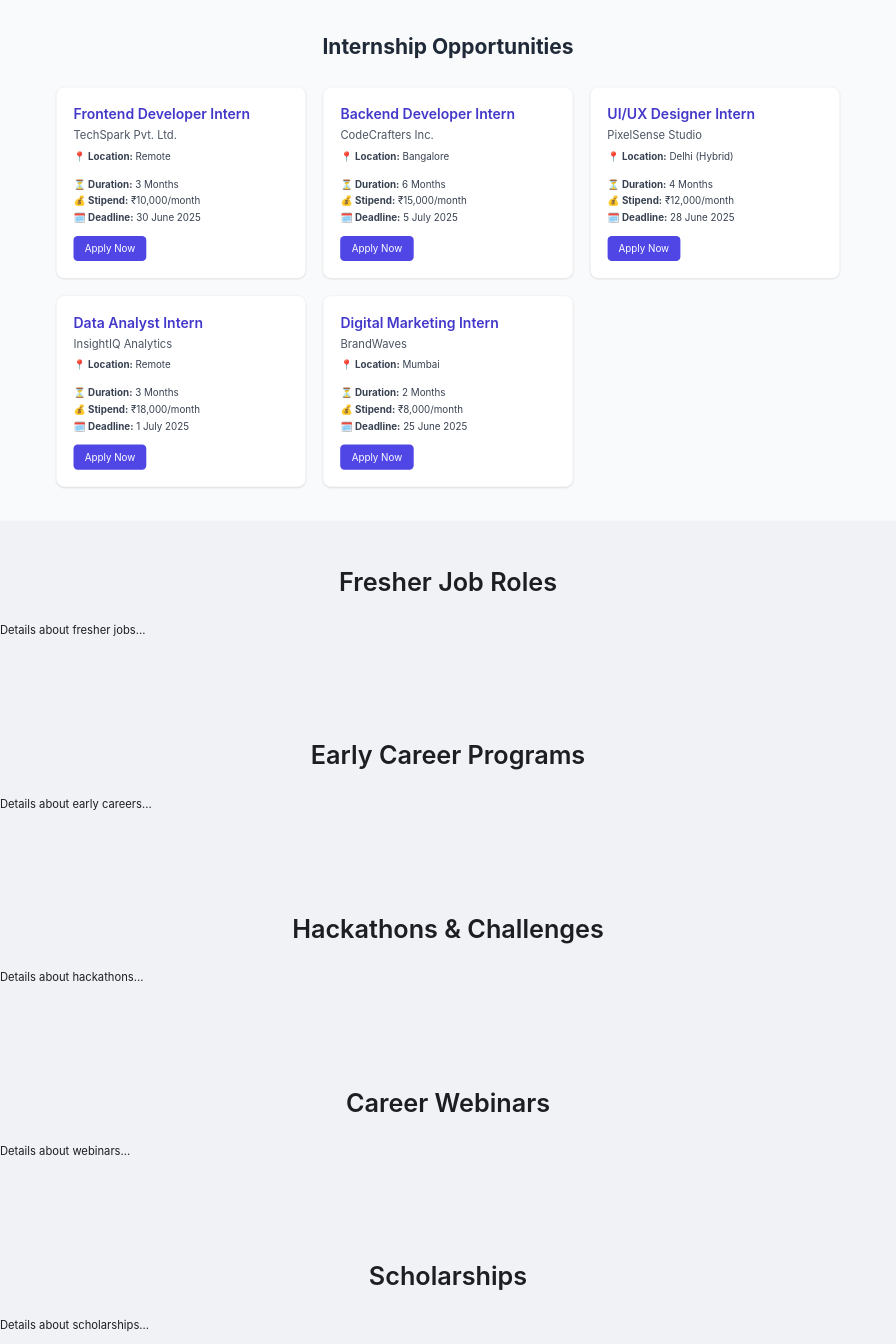
Repository: Siddharthkothiyal/GharPadhaaroCareerWebsite
Page: /students
These files come from the project's save history. The page is drawn as it stood at one moment and after the next save; the edit follows.
The browser window is 1280 px wide. The pictures show the part of the page from y = 0 to 1920 px (the page is 2728 px tall before and 2497 px after), at 70% of full size.
The project was rebuilt for these pictures with package versions that can differ from the ones it lists, and the page was loaded fresh each time. Also part of the build but not shown: src/components/CareerPortal/Header.css, src/components/CareerPortal/ResumeUpload.css, src/components/CareerPortal/ResumeUpload.js, src/components/CareerPortal/Header.js, src/components/CareerPortal/JobListing/JobSearch.css, src/components/CareerPortal/JobListing/JobSearch.js, src/components/CareerPortal/JobListing/JobFilters.css, src/components/CareerPortal/JobListing/JobFilters.js and 10 more.

Above is the page before, as saved 2025-06-21 17:45:24.

### public/index.html
<!DOCTYPE html>
<html lang="en">

<head>
  <meta charset="utf-8" />
  <link rel="icon" href="%PUBLIC_URL%/favicon.ico" />
  <meta name="viewport" content="width=device-width, initial-scale=1" />
  <meta name="theme-color" content="#000000" />
  <meta name="description" content="GharPadharo - Find your perfect stay" />

  <!-- Font Awesome CDN (latest) -->
  <link rel="stylesheet" href="https://cdnjs.cloudflare.com/ajax/libs/font-awesome/6.5.2/css/all.min.css"
    integrity="sha512-SnH5WK+bZxgPHs44uWIX+LLJAJ9/2PkPKZ5QiAj6Ta86w+fsb2TkcmfRyVX3pBnMFcV7oQPJkl9QevSCWr3W6A=="
    crossorigin="anonymous" referrerpolicy="no-referrer" />

  <link rel="apple-touch-icon" href="%PUBLIC_URL%/logo192.png" />
  <title>GharPadharo</title>
</head>

<body>
  <noscript>You need to enable JavaScript to run this app.</noscript>
  <div id="root"></div>
  <!--
      This HTML file is a template.
      If you open it directly in the browser, you will see an empty page.

      You can add webfonts, meta tags, or analytics to this file.
      The build step will place the bundled scripts into the <body> tag.

      To begin the development, run `npm start` or `yarn start`.
      To create a production bundle, use `npm run build` or `yarn build`.
    -->
</body>

</html>

### src/index.css
@tailwind base;
@tailwind components;
@tailwind utilities;

/* You can keep your custom CSS below if needed */

body {
  margin: 0;
  font-family: -apple-system, BlinkMacSystemFont, 'Segoe UI', 'Roboto', 'Oxygen',
    'Ubuntu', 'Cantarell', 'Fira Sans', 'Droid Sans', 'Helvetica Neue',
    sans-serif;
  -webkit-font-smoothing: antialiased;
  -moz-osx-font-smoothing: grayscale;
}

code {
  font-family: source-code-pro, Menlo, Monaco, Consolas, 'Courier New',
    monospace;
}

### src/components/CareerPortal/CareerPortal.css
/* GharPadharo Career Portal Styles */
:root {
  --gharpadhaaro-blue: #0866ff;
  --gharpadhaaro-blue-dark: #0756d6;
  --gharpadhaaro-gray: #f0f2f5;
  --gharpadhaaro-text: #1c1e21;
  --gharpadhaaro-text-secondary: #65676b;
  --gharpadhaaro-white: #ffffff;
  --gharpadhaaro-border: #dadde1;
  --gharpadhaaro-success: #42b72a;
  --gharpadhaaro-error: #fa383e;
  --gharpadhaaro-shadow: rgba(0, 0, 0, 0.1);
  --gharpadhaaro-radius: 8px;
  --gharpadhaaro-transition: all 0.2s ease;
}

/* Global Styles */
.career-portal {
  font-family: 'Optimistic Display', -apple-system, BlinkMacSystemFont, 'Segoe UI', Roboto, Oxygen, Ubuntu, Cantarell, 'Open Sans', 'Helvetica Neue', sans-serif;
  color: var(--gharpadhaaro-text);
  line-height: 1.5;
  background-color: var(--gharpadhaaro-white);
}

.container {
  max-width: 1200px;
  margin: 0 auto;
  padding: 0 24px;
}

/* Hero Section */
.hero-section {
  background: linear-gradient(135deg, #0866ff 0%, #535699 100%);
  color: var(--meta-white);
  padding: 100px 0;
  text-align: center;
}

.hero-content {
  max-width: 800px;
  margin: 0 auto;
  padding: 0 24px;
}

.hero-content h1 {
  font-size: 48px;
  font-weight: 700;
  margin-bottom: 24px;
  line-height: 1.2;
}

.hero-content p {
  color: black;
  font-size: 20px;
  margin-bottom: 40px;
  margin-left: 70px;

}

/* Job Search Section */
.job-search-section {
  padding: 60px 0;
  background-color: var(--meta-white);
}

.filters-and-results {
  display: grid;
  grid-template-columns: 300px 1fr;
  gap: 30px;
}

/* Featured Teams Section */
.featured-teams-section {
  padding: 80px 0;
  background-color: var(--meta-gray);
}

.featured-teams-section h2 {
  font-size: 36px;
  font-weight: 700;
  margin-bottom: 16px;
  text-align: center;
}

.featured-teams-section p {
  font-size: 18px;
  color: var(--meta-text-secondary);
  max-width: 700px;
  margin: 0 auto 40px;
  text-align: center;
}

/* Buttons */
.btn {
  display: inline-flex;
  align-items: center;
  justify-content: center;
  padding: 12px 24px;
  border-radius: 0px;
  font-weight: 600;
  font-size: 16px;
  cursor: pointer;
  transition: var(--meta-transition);
  border: none;
}

.btn-primary {
  background-color: var(--meta-blue);
  color: var(--meta-white);
}

.btn-primary:hover {
  background-color: var(--meta-blue-dark);
}

.btn-secondary {
  background-color: var(--meta-gray);
  color: var(--meta-text);
  margin-left: 50px;
}

.btn-secondary:hover {
  background-color: #e4e6eb;
}

/* Form Elements */
.input-group {
  position: relative;
  margin-bottom: 16px;
}

.input-field {
  width: 100%;
  padding: 14px 16px;
  border-radius: var(--meta-radius);
  border: 1px solid var(--meta-border);
  font-size: 16px;
  transition: var(--meta-transition);
}

.input-field:focus {
  border-color: var(--meta-blue);
  outline: none;
  box-shadow: 0 0 0 2px rgba(8, 102, 255, 0.2);
}

/* Responsive */
@media (max-width: 992px) {
  .filters-and-results {
    grid-template-columns: 1fr;
  }

  .hero-content h1 {
    font-size: 36px;
  }

  .hero-content p {
    font-size: 18px;
  }
}

@media (max-width: 576px) {
  .hero-content h1 {
    font-size: 28px;
  }

  .hero-content p {
    font-size: 16px;
  }

  .featured-teams-section h2 {
    font-size: 28px;
  }
}

### src/components/Auth/Auth.css
/* Auth.css - Styles for Login and Signup components */

:root {
  --primary-color: #535699; /* GharPadharo blue */
  --secondary-color: #42B72A; /* GharPadharo green */
  --text-color: #1C1E21;
  --light-text: #606770;
  --error-color: #FA383E;
  --border-color: #DADDE1;
  --background-color: #F0F2F5;
  --card-background: #FFFFFF;
  --hover-color: #E7F3FF;
  --focus-shadow: 0 0 0 2px rgba(83, 86, 153, 0.2);
}

/* Auth Container */
.auth-container {
  display: flex;
  justify-content: center;
  align-items: center;
  min-height: 100vh;
  background-color: var(--background-color);
  padding: 20px;
}

/* Auth Card */
.auth-card {
  background-color: var(--card-background);
  border-radius: 8px;
  box-shadow: 0 2px 4px rgba(0, 0, 0, 0.1), 0 8px 16px rgba(0, 0, 0, 0.1);
  width: 100%;
  max-width: 400px;
  padding: 20px;
}

/* Auth Header */
.auth-header {
  text-align: center;
  margin-bottom: 20px;
}

.auth-logo {
  width: 40px;
  height: 40px;
  margin-bottom: 10px;
}

.auth-header h2 {
  font-size: 24px;
  font-weight: 600;
  color: var(--text-color);
  margin: 0;
}

.gharpadharo-logo{
  width: 60px;
  height: 60px;
}

/* Auth Form */
.auth-form {
  display: flex;
  flex-direction: column;
  gap: 16px;
}

.form-group {
  display: flex;
  flex-direction: column;
}

.form-group label {
  font-size: 14px;
  font-weight: 500;
  margin-bottom: 6px;
  color: var(--text-color);
}

.form-group input {
  padding: 12px 14px;
  border: 1px solid var(--border-color);
  border-radius: 6px;
  font-size: 16px;
  transition: border-color 0.2s, box-shadow 0.2s;
}

.form-group input:focus {
  outline: none;
  border-color: #535699;
  box-shadow: var(--focus-shadow);
}

.form-group input.error {
  border-color: var(--error-color);
}

.error-message {
  color: var(--error-color);
  font-size: 12px;
  margin-top: 4px;
}

/* Terms and Privacy */
.terms-privacy {
  font-size: 12px;
  color: 535699;
  margin-bottom: 10px;
  text-align: center;
}

.terms-privacy a {
  color: 535699;
  text-decoration: none;
}

.terms-privacy a:hover {
  text-decoration: underline;
}

/* Auth Button */
.auth-button {
  background-color: #535699;
  color: white;
  border: none;
  border-radius: 6px;
  padding: 12px;
  font-size: 16px;
  font-weight: 600;
  cursor: pointer;
  transition: background-color 0.2s;
  margin-top: 10px;
}

.auth-button:hover {
  background-color: #535699;
}

/* Auth Footer */
.auth-footer {
  margin-top: 20px;
  text-align: center;
}

.forgot-password {
  color: #535699;
  text-decoration: none;
  font-size: 14px;
  display: block;
  margin-bottom: 16px;
}

.forgot-password:hover {
  text-decoration: underline;
}

.auth-redirect {
  font-size: 14px;
  color: var(--light-text);
  margin: 0;
}

.auth-redirect a {
  color: #535699;
  text-decoration: none;
  font-weight: 500;
}

.auth-redirect a:hover {
  text-decoration: underline;
}

/* Responsive adjustments */
@media (max-width: 480px) {
  .auth-card {
    padding: 16px;
  }

  .auth-header h2 {
    font-size: 20px;
  }

  .form-group input {
    padding: 10px 12px;
    font-size: 14px;
  }

  .auth-button {
    padding: 10px;
    font-size: 14px;
  }
}

### src/components/CareerPortal/StudentsPage/sections/Internships.js
import React from "react";

const internships = [
  {
    title: "Frontend Developer Intern",
    company: "TechSpark Pvt. Ltd.",
    location: "Remote",
    duration: "3 Months",
    stipend: "₹10,000/month",
    deadline: "30 June 2025",
  },
  {
    title: "Backend Developer Intern",
    company: "CodeCrafters Inc.",
    location: "Bangalore",
    duration: "6 Months",
    stipend: "₹15,000/month",
    deadline: "5 July 2025",
  },
  {
    title: "UI/UX Designer Intern",
    company: "PixelSense Studio",
    location: "Delhi (Hybrid)",
    duration: "4 Months",
    stipend: "₹12,000/month",
    deadline: "28 June 2025",
  },
  {
    title: "Data Analyst Intern",
    company: "InsightIQ Analytics",
    location: "Remote",
    duration: "3 Months",
    stipend: "₹18,000/month",
    deadline: "1 July 2025",
  },
  {
    title: "Digital Marketing Intern",
    company: "BrandWaves",
    location: "Mumbai",
    duration: "2 Months",
    stipend: "₹8,000/month",
    deadline: "25 June 2025",
  },
];

const Internships = () => {
  return (
    <section id="internships" className="py-12 bg-gray-50">
      <div className="max-w-6xl mx-auto px-4">
        <h2 className="text-3xl font-bold text-center text-gray-800 mb-10">
          Internship Opportunities
        </h2>

        <div className="grid gap-6 md:grid-cols-2 lg:grid-cols-3">
          {internships.map((intern, index) => (
            <div
              key={index}
              className="bg-white rounded-xl shadow hover:shadow-lg transition duration-300 p-6 border border-gray-100"
            >
              <h3 className="text-xl font-semibold text-indigo-700 mb-1">{intern.title}</h3>
              <p className="text-gray-600 mb-2">{intern.company}</p>

              <div className="text-sm text-gray-700 space-y-1 mb-4">
                <p><strong>📍 Location:</strong> {intern.location}</p>
                <p><strong>⏳ Duration:</strong> {intern.duration}</p>
                <p><strong>💰 Stipend:</strong> {intern.stipend}</p>
                <p><strong>🗓️ Deadline:</strong> {intern.deadline}</p>
              </div>

              <button className="bg-indigo-600 text-white px-4 py-2 rounded-md text-sm hover:bg-indigo-700 transition">
                Apply Now
              </button>
            </div>
          ))}
        </div>
      </div>
    </section>
  );
};

export default Internships;

Loaded but not shown: src/index.js (common file); src/reportWebVitals.js (common file); src/App.css (common file); tailwind.config.js (common file); src/components/CareerPortal/StudentsPage/StudentsPage.js (54 lines, source omitted); src/App.js (44 lines, source omitted); src/components/LandingPage/LandingPage.css (411 lines, source omitted)

After the next save:
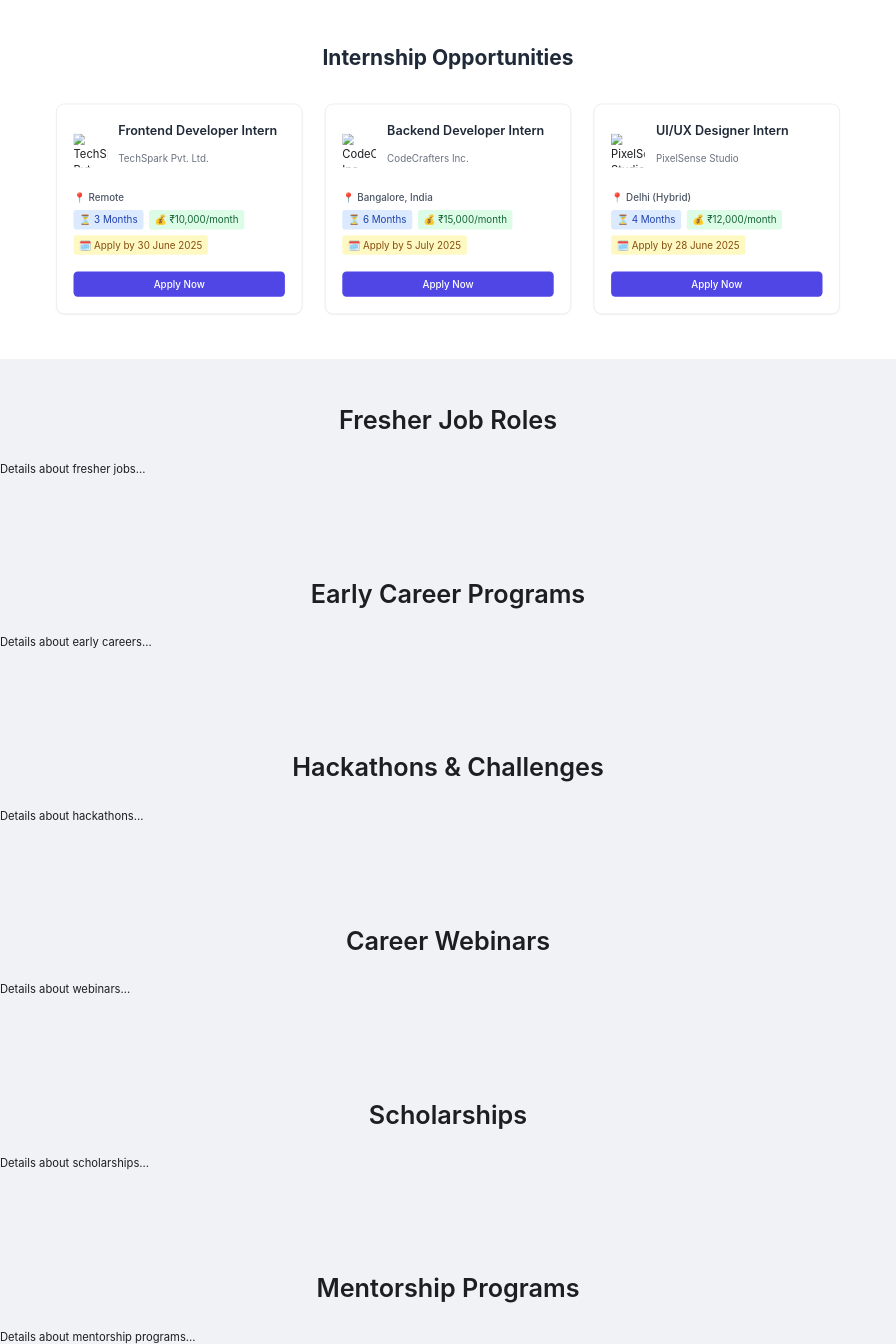
Not found: logos/codecrafters.png
Not found: logos/pixelsense.png
Not found: logos/techspark.png
Saved 90 s later.
--- a/src/components/CareerPortal/StudentsPage/sections/Internships.js
+++ b/src/components/CareerPortal/StudentsPage/sections/Internships.js
@@ -8,14 +8,16 @@
     duration: "3 Months",
     stipend: "₹10,000/month",
     deadline: "30 June 2025",
+    logo: "/logos/techspark.png",
   },
   {
     title: "Backend Developer Intern",
     company: "CodeCrafters Inc.",
-    location: "Bangalore",
+    location: "Bangalore, India",
     duration: "6 Months",
     stipend: "₹15,000/month",
     deadline: "5 July 2025",
+    logo: "/logos/codecrafters.png",
   },
   {
     title: "UI/UX Designer Intern",
@@ -24,50 +26,55 @@
     duration: "4 Months",
     stipend: "₹12,000/month",
     deadline: "28 June 2025",
-  },
-  {
-    title: "Data Analyst Intern",
-    company: "InsightIQ Analytics",
-    location: "Remote",
-    duration: "3 Months",
-    stipend: "₹18,000/month",
-    deadline: "1 July 2025",
-  },
-  {
-    title: "Digital Marketing Intern",
-    company: "BrandWaves",
-    location: "Mumbai",
-    duration: "2 Months",
-    stipend: "₹8,000/month",
-    deadline: "25 June 2025",
+    logo: "/logos/pixelsense.png",
   },
 ];
 
 const Internships = () => {
   return (
-    <section id="internships" className="py-12 bg-gray-50">
+    <section id="internships" className="bg-white py-16">
       <div className="max-w-6xl mx-auto px-4">
-        <h2 className="text-3xl font-bold text-center text-gray-800 mb-10">
+        <h2 className="text-3xl font-bold text-center text-gray-800 mb-12">
           Internship Opportunities
         </h2>
 
-        <div className="grid gap-6 md:grid-cols-2 lg:grid-cols-3">
+        <div className="grid grid-cols-1 md:grid-cols-2 lg:grid-cols-3 gap-8">
           {internships.map((intern, index) => (
             <div
               key={index}
-              className="bg-white rounded-xl shadow hover:shadow-lg transition duration-300 p-6 border border-gray-100"
+              className="bg-white border border-gray-200 rounded-xl shadow-sm hover:shadow-md transition p-6"
             >
-              <h3 className="text-xl font-semibold text-indigo-700 mb-1">{intern.title}</h3>
-              <p className="text-gray-600 mb-2">{intern.company}</p>
-
-              <div className="text-sm text-gray-700 space-y-1 mb-4">
-                <p><strong>📍 Location:</strong> {intern.location}</p>
-                <p><strong>⏳ Duration:</strong> {intern.duration}</p>
-                <p><strong>💰 Stipend:</strong> {intern.stipend}</p>
-                <p><strong>🗓️ Deadline:</strong> {intern.deadline}</p>
+              <div className="flex items-center mb-4">
+                <img
+                  src={intern.logo}
+                  alt={`${intern.company} logo`}
+                  className="w-12 h-12 object-contain mr-4"
+                />
+                <div>
+                  <h3 className="text-lg font-semibold text-gray-800">
+                    {intern.title}
+                  </h3>
+                  <p className="text-sm text-gray-500">{intern.company}</p>
+                </div>
               </div>
 
-              <button className="bg-indigo-600 text-white px-4 py-2 rounded-md text-sm hover:bg-indigo-700 transition">
+              <p className="text-sm text-gray-600 mb-2">
+                📍 <span className="font-medium">{intern.location}</span>
+              </p>
+
+              <div className="flex flex-wrap gap-2 text-sm mb-4">
+                <span className="bg-blue-100 text-blue-800 px-2 py-1 rounded">
+                  ⏳ {intern.duration}
+                </span>
+                <span className="bg-green-100 text-green-800 px-2 py-1 rounded">
+                  💰 {intern.stipend}
+                </span>
+                <span className="bg-yellow-100 text-yellow-800 px-2 py-1 rounded">
+                  🗓️ Apply by {intern.deadline}
+                </span>
+              </div>
+
+              <button className="mt-2 bg-indigo-600 hover:bg-indigo-700 text-white text-sm font-medium px-4 py-2 rounded-md transition duration-200 w-full">
                 Apply Now
               </button>
             </div>

After the save that followed:
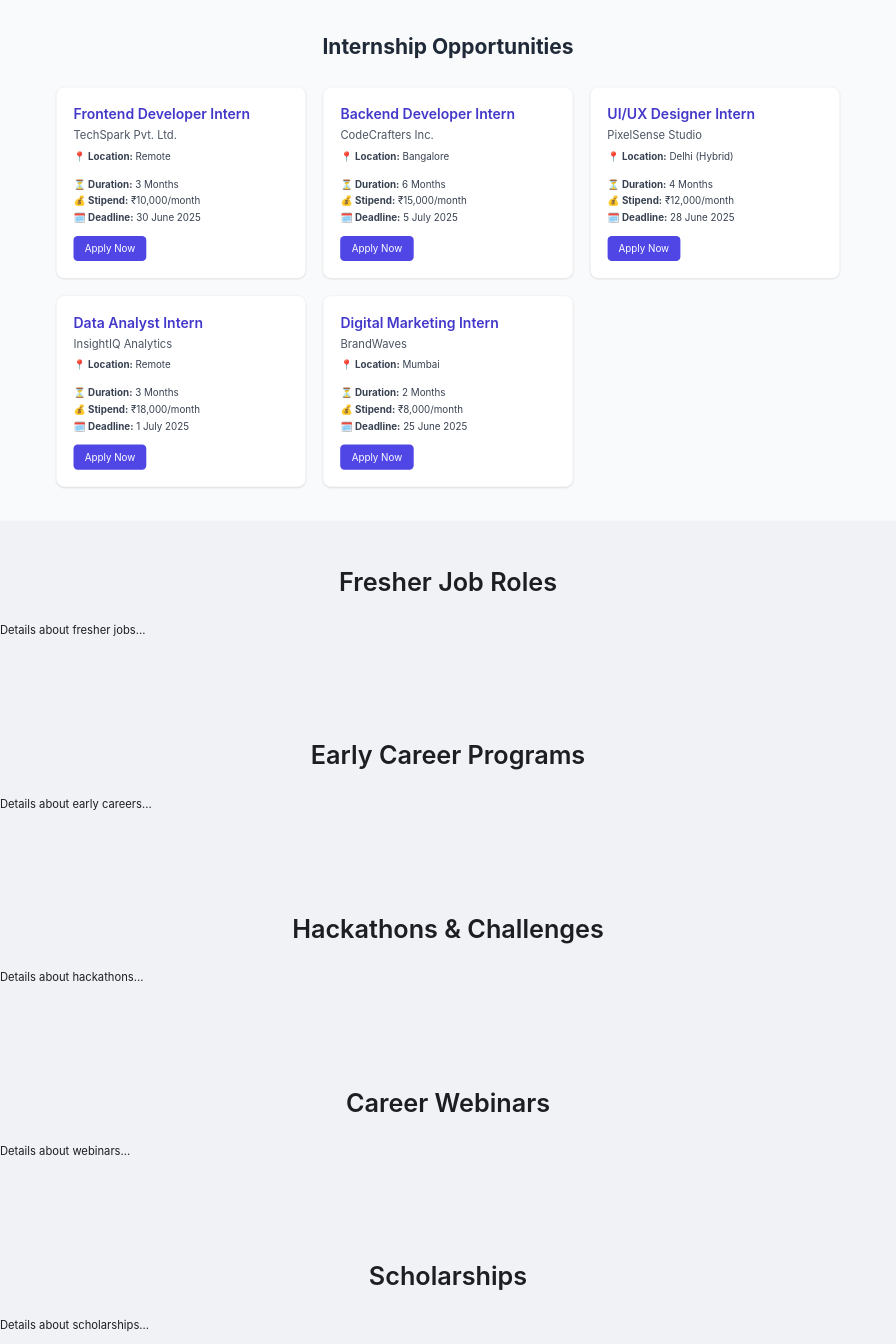
Saved 37 s later.
--- a/src/components/CareerPortal/StudentsPage/sections/Internships.js
+++ b/src/components/CareerPortal/StudentsPage/sections/Internships.js
@@ -8,16 +8,14 @@
     duration: "3 Months",
     stipend: "₹10,000/month",
     deadline: "30 June 2025",
-    logo: "/logos/techspark.png",
   },
   {
     title: "Backend Developer Intern",
     company: "CodeCrafters Inc.",
-    location: "Bangalore, India",
+    location: "Bangalore",
     duration: "6 Months",
     stipend: "₹15,000/month",
     deadline: "5 July 2025",
-    logo: "/logos/codecrafters.png",
   },
   {
     title: "UI/UX Designer Intern",
@@ -26,55 +24,50 @@
     duration: "4 Months",
     stipend: "₹12,000/month",
     deadline: "28 June 2025",
-    logo: "/logos/pixelsense.png",
+  },
+  {
+    title: "Data Analyst Intern",
+    company: "InsightIQ Analytics",
+    location: "Remote",
+    duration: "3 Months",
+    stipend: "₹18,000/month",
+    deadline: "1 July 2025",
+  },
+  {
+    title: "Digital Marketing Intern",
+    company: "BrandWaves",
+    location: "Mumbai",
+    duration: "2 Months",
+    stipend: "₹8,000/month",
+    deadline: "25 June 2025",
   },
 ];
 
 const Internships = () => {
   return (
-    <section id="internships" className="bg-white py-16">
+    <section id="internships" className="py-12 bg-gray-50">
       <div className="max-w-6xl mx-auto px-4">
-        <h2 className="text-3xl font-bold text-center text-gray-800 mb-12">
+        <h2 className="text-3xl font-bold text-center text-gray-800 mb-10">
           Internship Opportunities
         </h2>
 
-        <div className="grid grid-cols-1 md:grid-cols-2 lg:grid-cols-3 gap-8">
+        <div className="grid gap-6 md:grid-cols-2 lg:grid-cols-3">
           {internships.map((intern, index) => (
             <div
               key={index}
-              className="bg-white border border-gray-200 rounded-xl shadow-sm hover:shadow-md transition p-6"
+              className="bg-white rounded-xl shadow hover:shadow-lg transition duration-300 p-6 border border-gray-100"
             >
-              <div className="flex items-center mb-4">
-                <img
-                  src={intern.logo}
-                  alt={`${intern.company} logo`}
-                  className="w-12 h-12 object-contain mr-4"
-                />
-                <div>
-                  <h3 className="text-lg font-semibold text-gray-800">
-                    {intern.title}
-                  </h3>
-                  <p className="text-sm text-gray-500">{intern.company}</p>
-                </div>
+              <h3 className="text-xl font-semibold text-indigo-700 mb-1">{intern.title}</h3>
+              <p className="text-gray-600 mb-2">{intern.company}</p>
+
+              <div className="text-sm text-gray-700 space-y-1 mb-4">
+                <p><strong>📍 Location:</strong> {intern.location}</p>
+                <p><strong>⏳ Duration:</strong> {intern.duration}</p>
+                <p><strong>💰 Stipend:</strong> {intern.stipend}</p>
+                <p><strong>🗓️ Deadline:</strong> {intern.deadline}</p>
               </div>
 
-              <p className="text-sm text-gray-600 mb-2">
-                📍 <span className="font-medium">{intern.location}</span>
-              </p>
-
-              <div className="flex flex-wrap gap-2 text-sm mb-4">
-                <span className="bg-blue-100 text-blue-800 px-2 py-1 rounded">
-                  ⏳ {intern.duration}
-                </span>
-                <span className="bg-green-100 text-green-800 px-2 py-1 rounded">
-                  💰 {intern.stipend}
-                </span>
-                <span className="bg-yellow-100 text-yellow-800 px-2 py-1 rounded">
-                  🗓️ Apply by {intern.deadline}
-                </span>
-              </div>
-
-              <button className="mt-2 bg-indigo-600 hover:bg-indigo-700 text-white text-sm font-medium px-4 py-2 rounded-md transition duration-200 w-full">
+              <button className="bg-indigo-600 text-white px-4 py-2 rounded-md text-sm hover:bg-indigo-700 transition">
                 Apply Now
               </button>
             </div>
